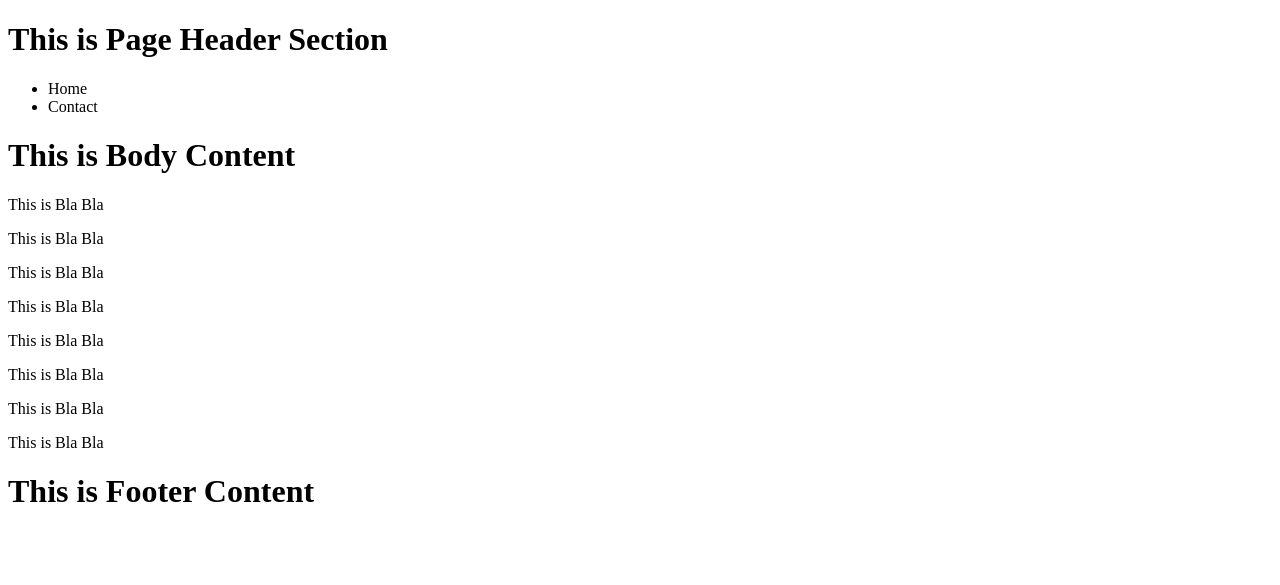
Repository: ZawMinKhantOrLeon/JavaEEWS
Page: http://localhost/jsp_servlet/home-page.jsp
The author's editor kept a copy of each file at every save. The page is drawn from the files as they stood at one save, then again after the next save.
The browser window is 1280 px wide. The pictures show the whole page.
The page is served by Tomcat 10. Other server files are loaded and not shown.

Above is the page before, as saved 2024-02-15 04:25:03.

### jsp_servlet/src/main/webapp/home-page.jsp
<%@ page language="java" contentType="text/html; charset=ISO-8859-1"
    pageEncoding="ISO-8859-1"%>
<!DOCTYPE html>
<html>
<head>
<meta charset="ISO-8859-1">
<title>Home Page</title>
</head>
<body>
 <!-- Header -->
  <h1> This is Page Header Section </h1>
  <ul>
  	 <li> Home </li>
  	 <li> Contact </li>
  </ul>
  <!-- Content -->
  <h1>This is Body Content</h1>
   <p> This is Bla Bla </p>
   <p> This is Bla Bla </p>
   <p> This is Bla Bla </p>
   <p> This is Bla Bla </p>
   <p> This is Bla Bla </p>
   <p> This is Bla Bla </p>
   <p> This is Bla Bla </p>
   <p> This is Bla Bla </p>

  <!-- Footer -->
  <h1> This is Footer Content </h1>
</body>
</html>

After the next save:
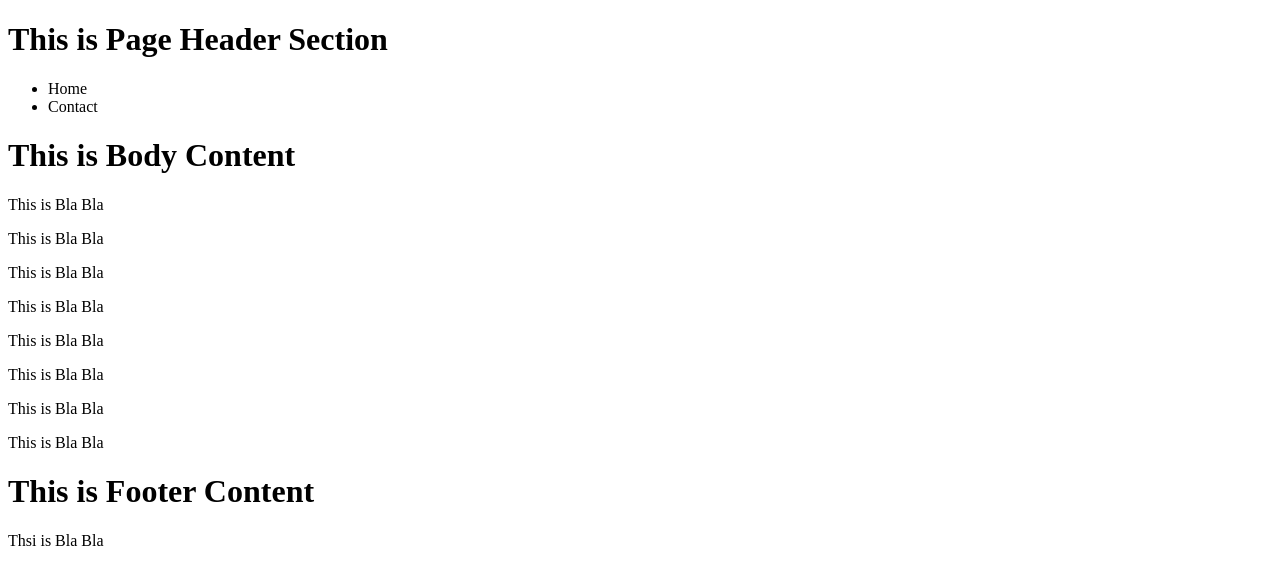
Saved 28 s later.
--- a/jsp_servlet/src/main/webapp/home-page.jsp
+++ b/jsp_servlet/src/main/webapp/home-page.jsp
@@ -26,5 +26,6 @@
 
   <!-- Footer -->
   <h1> This is Footer Content </h1>
+  <p> Thsi is Bla Bla </p>
 </body>
 </html>
